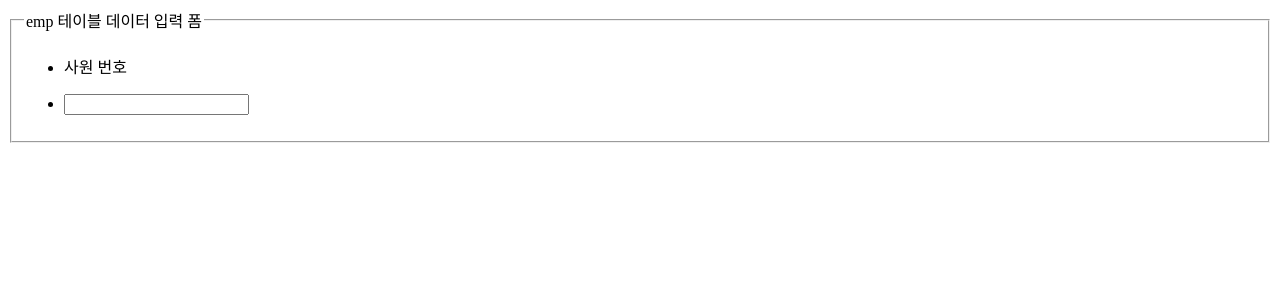
Repository: saysang22/servlet
Page: jdbcServlet1/src/main/webapp/deptInsert.html
The author's editor kept a copy of each file at every save. The page is drawn from the files as they stood at one save, then again after the next save.
The browser window is 1280 px wide. The pictures show the whole page.

Above is the page before, as saved 2024-06-03 01:12:57.

After the next save:
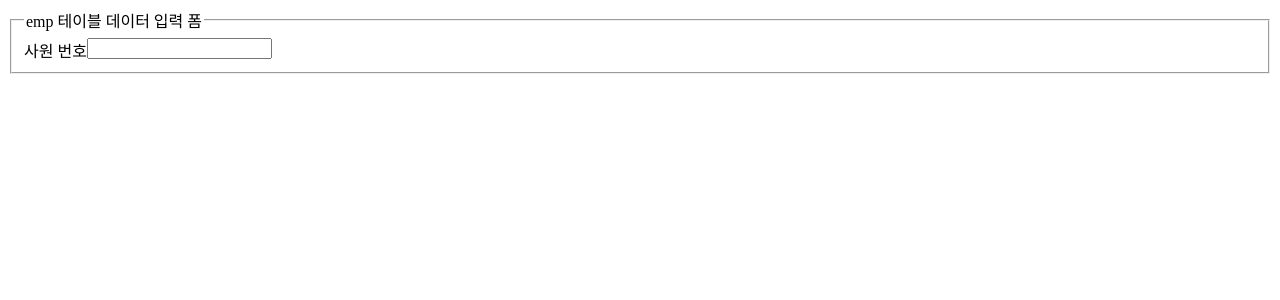
Saved 57 s later.
--- a/jdbcServlet1/src/main/webapp/deptInsert.html
+++ b/jdbcServlet1/src/main/webapp/deptInsert.html
@@ -3,18 +3,31 @@
 <head>
 <meta charset="UTF-8">
 <title>Insert title here</title>
+<style>
+	ul {
+		list-style: none;
+		padding: 0;
+		margin: 0;
+	}
+
+	.wrap {
+		display: flex;
+	}
+</style>
 </head>
 <body>
 	<form method="post" action="empInsert" name="insert">
 		<fieldset>
 			<legend>emp 테이블 데이터 입력 폼</legend>
-		<ul>
-			<li><label for="empno">사원 번호</label></li>
+		<div class="wrap">
+			<ul>
+				<li><label for="empno">사원 번호</label></li>
 
-		</ul>
-		<ul>
-			<li><input type="text" name="empno"></li>
-		</ul>
+			</ul>
+			<ul>
+				<li><input type="text" name="empno"></li>
+			</ul>
+		</div>
 		</fieldset>
 	</form>
 </body>
